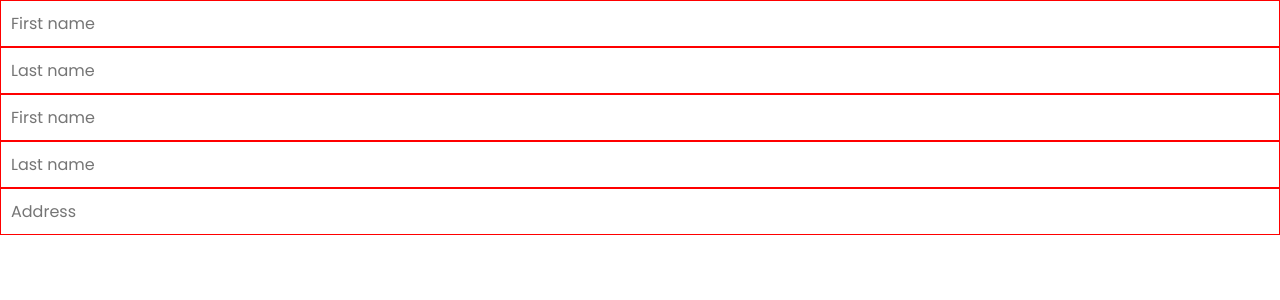
Repository: evondev/html-css-basic-course
Page: index.html
These files come from the project's save history. The page is drawn as it stood at one moment and after the next save; the edit follows.
The browser window is 1280 px wide. The pictures show the whole page.
Some web libraries are served in a nearby version. The style sheet was rebuilt from its Sass, Less or Tailwind sources for each picture, by a compiler version that may differ from the author's.

Above is the page before, as saved 2020-12-27 11:41:28.

After the next save:
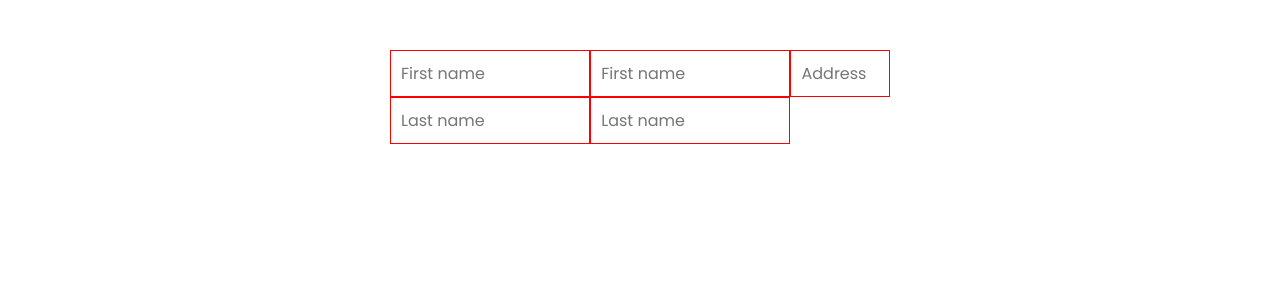
Saved 17 s later.
--- a/index.html
+++ b/index.html
@@ -22,16 +22,19 @@
     <link rel="stylesheet" href="./app.css" />
   </head>
   <body>
-    <div class="form-group">
-      <input type="text" class="form-input" placeholder="First name">
-      <input type="text" class="form-input" placeholder="Last name">
-    </div>
-    <div class="form-group">
-      <input type="text" class="form-input" placeholder="First name">
-      <input type="text" class="form-input" placeholder="Last name">
-    </div>
-    <div class="form-group">
-      <input type="text" class="form-input" placeholder="Address">
+    <div class="form-layout">
+
+      <div class="form-group">
+        <input type="text" class="form-input" placeholder="First name">
+        <input type="text" class="form-input" placeholder="Last name">
+      </div>
+      <div class="form-group">
+        <input type="text" class="form-input" placeholder="First name">
+        <input type="text" class="form-input" placeholder="Last name">
+      </div>
+      <div class="form-group">
+        <input type="text" class="form-input" placeholder="Address">
+      </div>
     </div>
   </body>
 </html>
